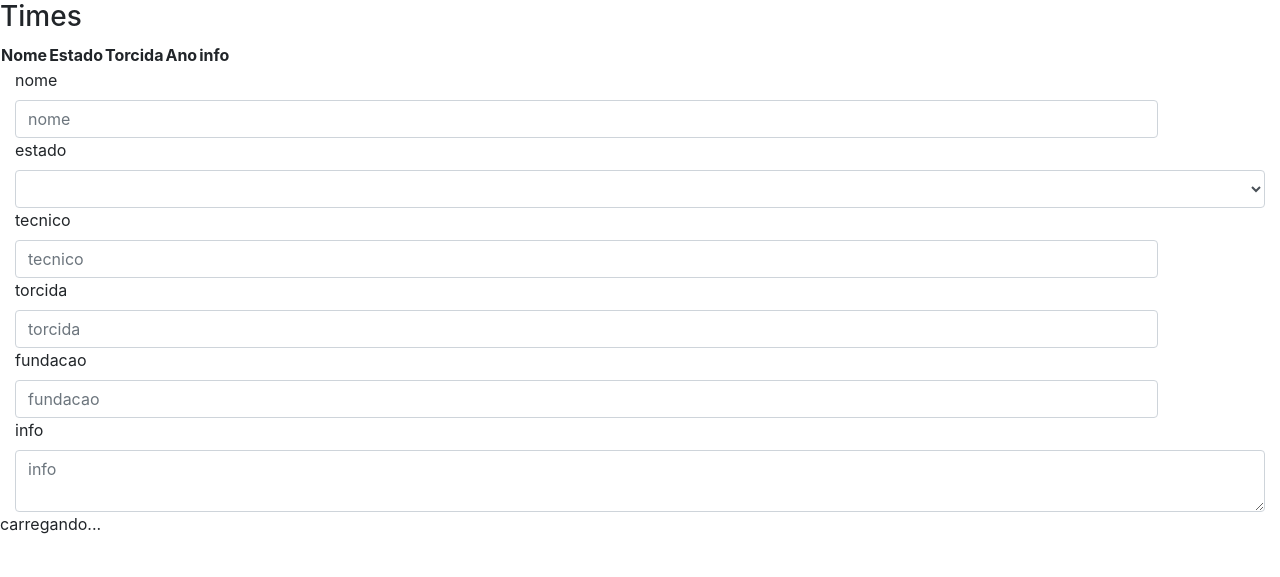
Repository: ecrseer/vuesheetpost
Page: /
An editor plug-in stored every save of this project. The page is shown before and after the next save, followed by the edit.
The browser window is 1280 px wide. The pictures show the whole page.
The page's requests for data from a server got no answer. The project was rebuilt for these pictures with package versions that can differ from the ones it lists, and the page was loaded fresh each time. No one was signed in, and anything a server would have sent is missing. Also part of the build but not shown: vite.config.js, vue.config.js, src/components/TabelaMarota.vue.

Above is the page before, as saved 2021-08-23 13:35:06.

### src/App.vue
<template>
  <h3>Times</h3>
  <div>
    <table>
      <thead>
      <tr>
        <th>Nome</th>
        <th>Estado</th>
        <th>Torcida</th>
        <th>Ano</th>
        <th>info</th>
      </tr>
      </thead>
      <tbody>
      <tr v-for="(time, index) in times">
        <td>{{ time.nome }}</td>
        <td>{{ time.estado }}</td>
        <td>{{ time.torcida }}</td>
        <td>{{ time.fundacao_ano }}</td>
        <td>{{ time.info }}</td>
        <td>
          <button @click="editar(time)">editar</button>
        </td>
        <td>
          <span v-if="carregando">carregando</span>
          <button v-else @click="apagar(time, index)">apagar</button>
        </td>
      </tr>
      </tbody>
    </table>
  </div>


  <div>

    <Campo nome="nome" v-model="time.nome"></Campo>
    <CampoDropDown nome="estado" v-model="time.estado" :itens="estados"></CampoDropDown>
    <Campo nome="tecnico" v-model="time.tecnico"></Campo>
    <Campo nome="torcida" tipo="number" v-model="time.torcida"></Campo>
    <Campo nome="fundacao" tipo="number" v-model="time.fundacao_ano"></Campo>
    <CampoText tipo="texto" nome="info" v-model="time.info"></CampoText>

    <span v-if="carregando">carregando...</span>
    <button v-else @click="salvar">salvar</button>
  </div>

</template>


<script>
// todo:
// atualizar lista superior
// limpar campos depois de salvar
// estados como drop-down
// torcida tem q ser do tipo number
// fundacao do tipo number
// info tem q ser um textarea

// transformar a listagem de times em uma tabela
// excluir
// editar um time

import Campo from './components/Campo.vue'
import axios from 'axios'
import CampoDropDown from './components/CampoDropDown.vue'
import CampoText from './components/CampoText.vue'
import TabelaMarota from './components/TabelaMarota.vue'

let timeNovo = () => {
  return {
    'id': 'INCREMENT',
    'nome': '',
    'estado': '',
    'tecnico': '',
    'torcida': '',
    'fundacao_ano': '',
    'info': ''
  }
}

export default {
  components: {TabelaMarota, CampoText, CampoDropDown, Campo},
  data() {
    return {
      time: timeNovo(),
      times: [],
      carregando: true,
      editando: false,
      estados: [
        'RJ',
        'SP',
        'RS',
      ]
    }
  },
  methods: {
    salvar() {
      this.carregando = true
      if (this.editando) {
        axios.put(
            `https://sheetdb.io/api/v1/87jz1jtmjtrf6/id/${this.time.id}`,
            {data: [this.time]}
        ).then(() => {
          Object.assign(this.editando, this.time)
          this.time = timeNovo()
          this.carregando = false
          this.editando = false
        })
      } else {
        axios.post(
            'https://sheetdb.io/api/v1/87jz1jtmjtrf6',
            {data: [this.time]}
        ).then(() => {
          this.times.push(this.time)
          this.time = timeNovo()
          this.carregando = false
        })
      }
    },
    apagar(time, index) {
      this.carregando = true
      axios.delete(`https://sheetdb.io/api/v1/87jz1jtmjtrf6/id/${time.id}`).then(() => {
        this.times.splice(index, 1)
        this.carregando = false
      })
    },
    editar(time) {
      this.editando = time
      this.time = {...time}
    }
  },
  mounted() {
    this.carregando = true
    axios.get('https://sheetdb.io/api/v1/87jz1jtmjtrf6').then(({data}) => {
      this.times = data
      this.carregando = false
    })
  }
}
</script>

<style>
@import "https://stackpath.bootstrapcdn.com/bootstrap/4.3.1/css/bootstrap.min.css";
body{ defineProps}

</style>

### src/components/Campo.vue
<template>
  <div class="col-11">
    <label :for="nome" class="form-label">{{ nome }}</label>
    <input v-bind:type="tipocampo"
           class="form-control"
           :id="nome"
           :placeholder="nome"
           :value="modelValue"
           @input="$emit('update:modelValue', $event.target.value)">
  </div>
</template>

<script>
export default {
  name: 'Campo',
  emits: ['update:modelValue'],
  props: ['tipocampo' ,'nome', 'modelValue'],
  methods: {
    atualizar(){
      this.$emit('bombom')
    }
  }
}
</script>

<style scoped>
</style>

### src/components/CampoDropDown.vue
<template>
  <div class="col-12">
    <label :for="nome" class="form-label">{{ nome }}</label>
    <select
      class="form-control"
      :id="nome"
      :placeholder="nome"
      :value="modelValue"
      @input="$emit('update:modelValue', $event.target.value)">
      <option v-for="item in itens" :key="item" :value="item">{{ item }}</option>
    </select>
  </div>
</template>

<script>
export default {
  name: 'CampoDropDown',
  emits: ['update:modelValue'],
  props: ['nome', 'modelValue', 'itens'],
  methods: {
    atualizar() {
      this.$emit('bombom')
    }
  }
}
</script>

<style scoped>

</style>

### src/components/CampoText.vue
<template>
  <div class="col-12">
    <label :for="nome" class="form-label">{{ nome }}</label>
    <textarea
      class="form-control"
      :id="nome"
      :placeholder="nome"
      :value="modelValue"
      @input="$emit('update:modelValue', $event.target.value)">
    </textarea>
  </div>
</template>

<script>
export default {
  name: 'CampoText',
  emits: ['update:modelValue'],
  props: ['nome', 'modelValue'],
  methods: {
    atualizar() {
      this.$emit('bombom')
    }
  }
}
</script>

<style scoped>

</style>

Loaded but not shown: index.html (common file); src/main.js (common file)

After the next save:
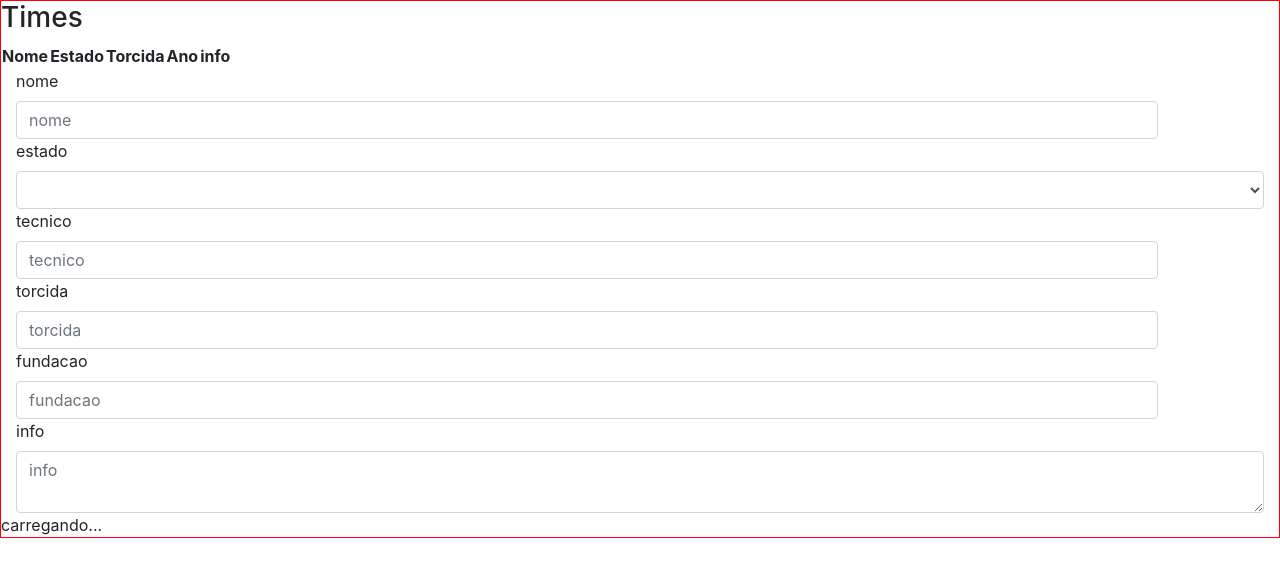
Saved 7 s later.
--- a/src/App.vue
+++ b/src/App.vue
@@ -141,6 +141,9 @@
 
 <style>
 @import "https://stackpath.bootstrapcdn.com/bootstrap/4.3.1/css/bootstrap.min.css";
-body{ defineProps}
+body{
+
+  border:1px solid red;
+}
 
 </style>

After the 3 saves that followed:
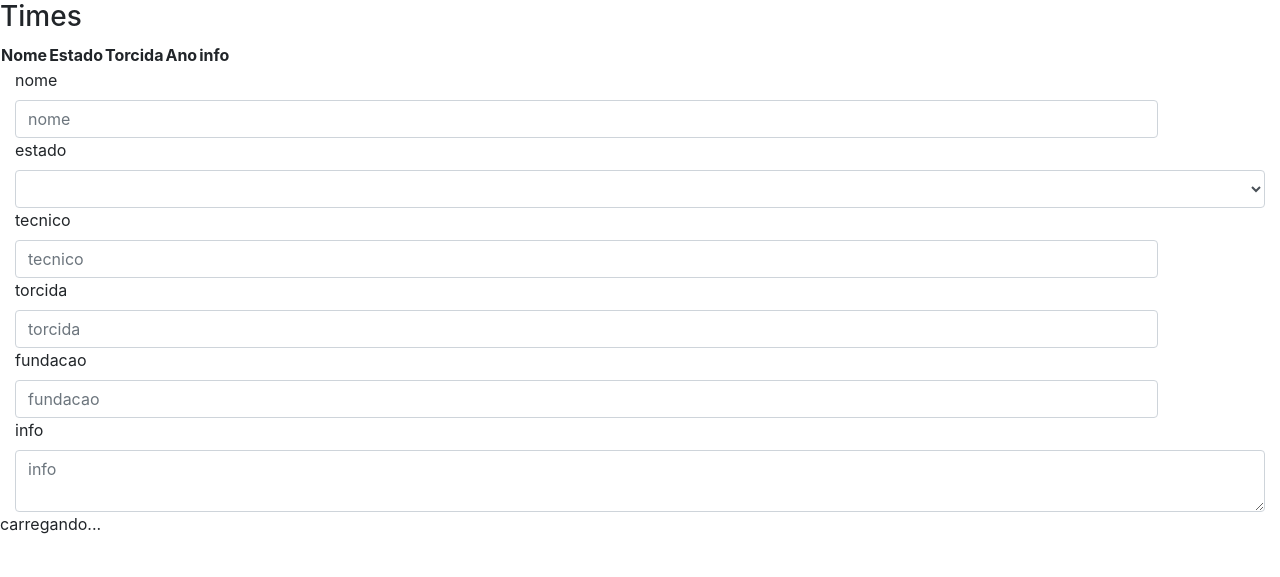
The 3 saves are shown as one change because they came seconds apart.
The last was saved 9 s later.
--- a/src/App.vue
+++ b/src/App.vue
@@ -141,9 +141,6 @@
 
 <style>
 @import "https://stackpath.bootstrapcdn.com/bootstrap/4.3.1/css/bootstrap.min.css";
-body{
 
-  border:1px solid red;
-}
 
 </style>
